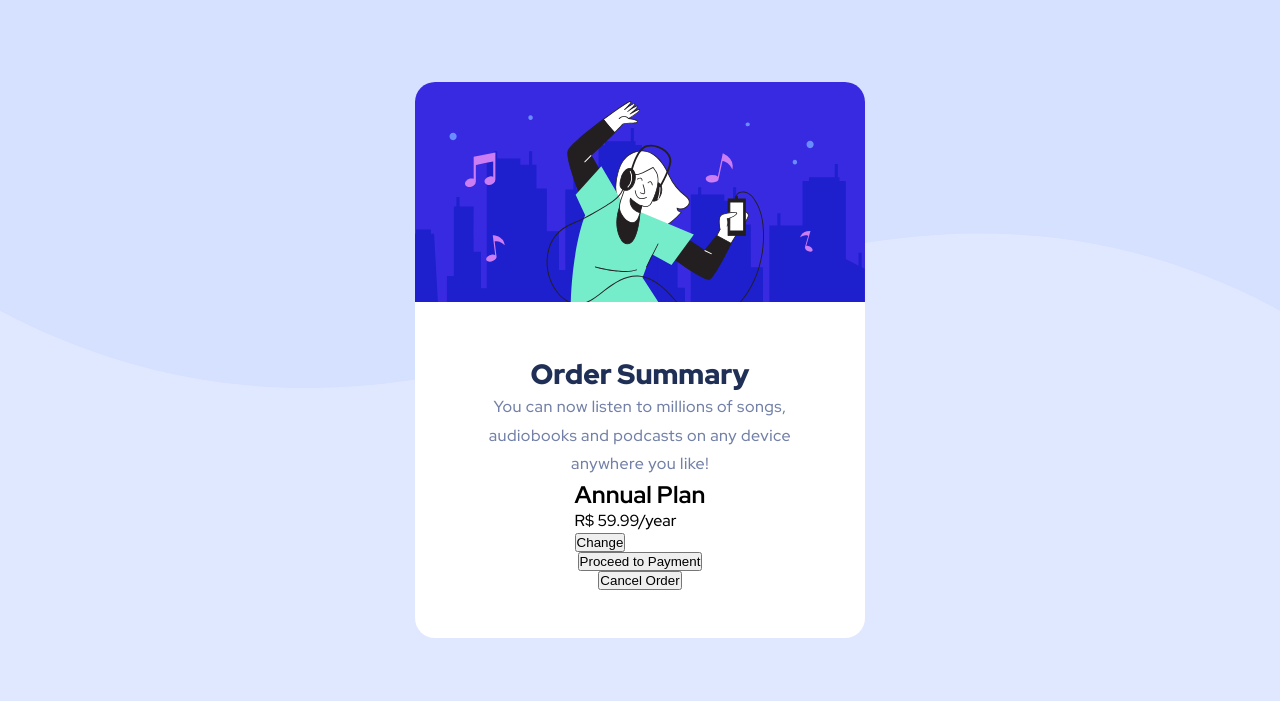
Repository: gccavalheiro/order-summary-card
Page: index.html
An editor plug-in stored every save of this project. The page is shown before and after the next save, followed by the edit.
The browser window is 1280 px wide. The pictures show the whole page.

Above is the page before, as saved 2021-12-17 02:09:38.

After the next save:
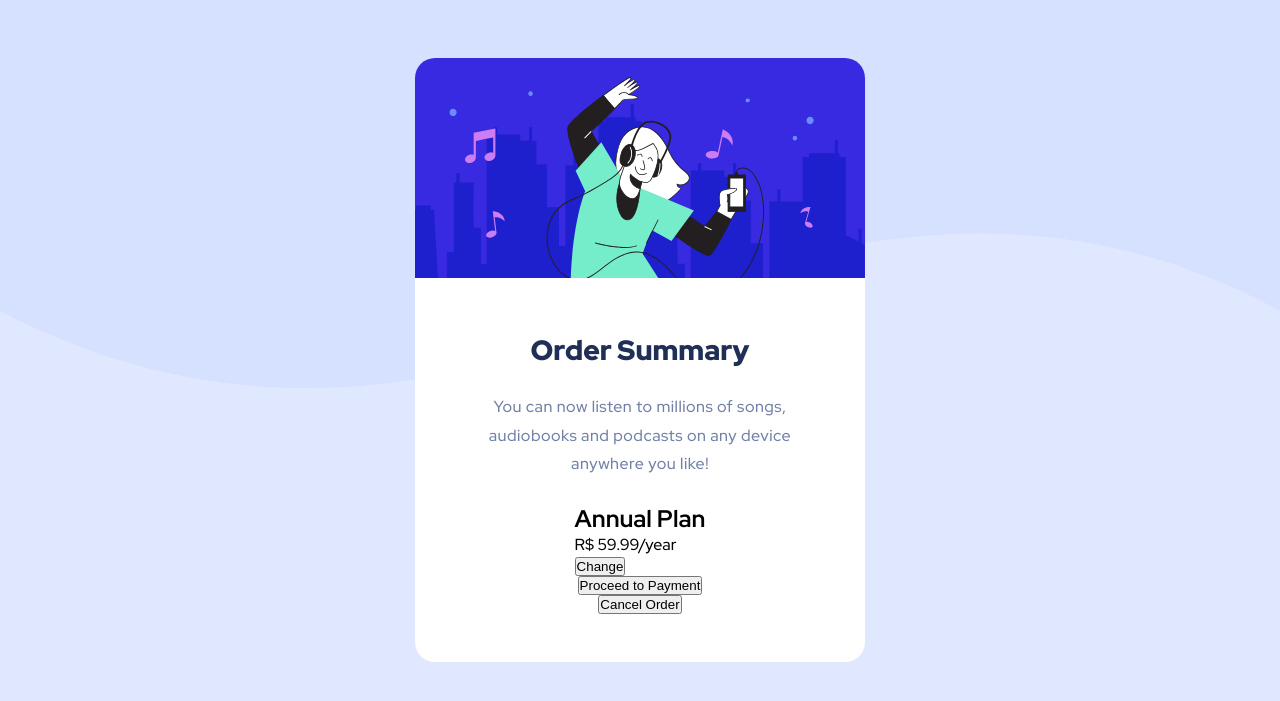
Saved 36 s later.
--- a/assets/css/main.css
+++ b/assets/css/main.css
@@ -83,6 +83,7 @@ main {
   font-weight: 500;
   letter-spacing: 0.03em;
   line-height: 1.8;
+  margin: 24px 0;
 }
 
 
